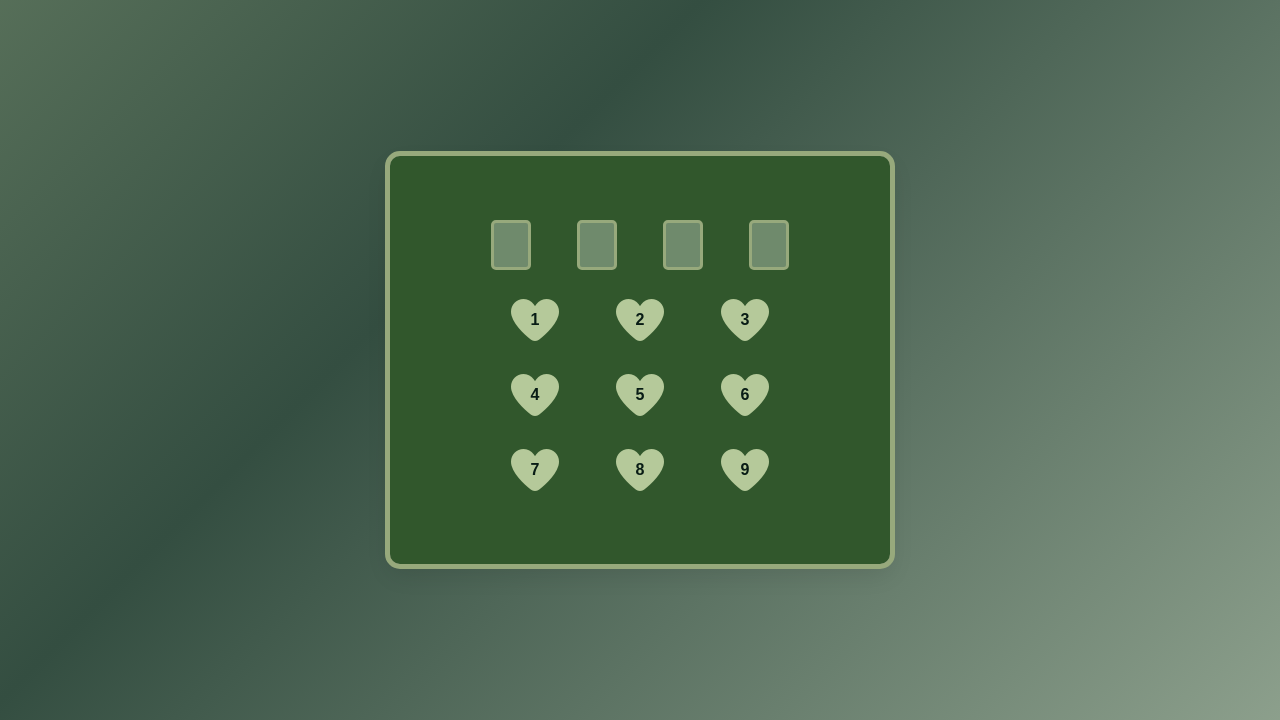
Repository: jahatesu/project-cutie
Page: index.html
These files come from the project's save history. The page is drawn as it stood at one moment and after the next save; the edit follows.
The browser window is 1280 px wide. The pictures show the whole page.
Some web libraries are served in a nearby version.

Above is the page before, as saved 2025-08-14 23:56:40.
Console error: TypeError: Cannot read properties of null (reading 'getBoundingClientRect')

### index.html
<!DOCTYPE html>
<html lang="en">
<head>
    <meta charset="UTF-8"
    meta http-equiv="X-UA-Compatible" content="IE=edge">
    <meta name="viewport" content="width=device-width, initial-scale=1.0">
    <title>idk yet</title>
    <link rel="stylesheet" href="https://cdnjs.cloudflare.com/ajax/libs/font-awesome/7.0.0/css/all.min.css">
    <link rel="stylesheet" href="style.css">
</head>

<body>
    <div class="wrapper">
        <!-- <i class="fa-solid fa-heart"></i>
        <h2 class="question">Do you wanna see why I think you’re the cutest?</h2>
        <div class="btn-group">
            <button class="btn-yes">Yes</button>
            <button class="btn-no">No</button>
        </div> -->

        <!-- PIN DISPLAY -->
         <div class="pin-display">
            <div class="pin-box"></div>
            <div class="pin-box"></div>
            <div class="pin-box"></div>
            <div class="pin-box"></div>
         </div>

         <!-- HEART BUTTONS -->
         <div class="heart-pad">
            <button data-num="1"><i class="fa-solid fa-heart"></i><span>1</span></button>
            <button data-num="2"><i class="fa-solid fa-heart"></i><span>2</span></button>
            <button data-num="3"><i class="fa-solid fa-heart"></i><span>3</span></button>
            <button data-num="4"><i class="fa-solid fa-heart"></i><span>4</span></button>
            <button data-num="5"><i class="fa-solid fa-heart"></i><span>5</span></button>
            <button data-num="6"><i class="fa-solid fa-heart"></i><span>6</span></button>
            <button data-num="7"><i class="fa-solid fa-heart"></i><span>7</span></button>
            <button data-num="8"><i class="fa-solid fa-heart"></i><span>8</span></button>
            <button data-num="9"><i class="fa-solid fa-heart"></i><span>9</span></button>

        </div>
    </div>

    <script src="script.js"></script>


</body>
</html>

### style.css
:root{
    --bg1:#e9f5db;
    --bg2:#90a955;
    --accent:#b5c99a;
    --ink:#232323;
    --splash-duration: 2600ms;
  }

*{
    margin: 0;
    padding: 0;
    box-sizing: border-box;
}

html, body {
    display: flex;
    justify-content: center;
    align-items: center;
    min-height: 100vh;
  width: 100%;
  height:100%;
}

body {
    background: linear-gradient(-45deg, #e9f5db, #344e41, #b5c99a, #081c15);
    background-size: 400% 400%;
    animation: gradient 15s ease infinite;
}

@keyframes gradient {
    0% {
        background-position: 0% 50%;
    }
    50% {
        background-position: 100% 50%;
    }
    100% {
        background-position: 0% 50%;
    }
}
.wrapper{
    position: relative;
    width: 90%;
    padding: 5%;
    max-width: 500px;
    margin: 50px 50px;
    height: fit-content;
    /* max-height: 50%; */
    background: #31572c;
    border-radius: 10px;
    display: flex;
    justify-content: center;
    align-items: center;
    box-shadow: 0 10px 25px rgba(0,0,0,0.1);
    flex-direction: column;
    text-align: center;
    outline: 5px solid #97a97c;
}

.pin-display{
  display: flex;
  justify-content: space-between;
  margin-bottom: 20px;
  width: 80%;
}

.pin-box{
  width: clamp(30px, 9vw, 40px);
  height: clamp(30px, 9vw, 50px);
  border: 3px solid #97a97c;
  border-radius: 5px;
  background: rgba(255,255,255,0.3);

   display: flex;           /* center content */
  justify-content: center; /* horizontal center */
  align-items: center;     /* vertical center */

  font-size: 1.5rem;       /* size of entered number */
  font-weight: bold;       /* make number bold */
  color: #081c15;             /* number color */
  text-align: center;      /* center text */
}

.heart-pad {
  display: grid;
  grid-template-columns: repeat(3, 1fr);
  gap: 15px;
  width: 100%;
  max-width: 300px;
  justify-items: center;
  margin: 0 auto;
}

.heart-pad button {
  position: relative;
  width: 60px;
  height: 60px;
  background: none;        /* remove default button background */
  border: none;
  cursor: pointer;
  font-size: 1rem;
  color: #081c15;
  display: flex;
  justify-content: center;
  align-items: center;
  outline: 4px solid transparent; /* outline for focus state */
  transition: outline-color 0.3s ease;
}


.heart-pad i {
  position: absolute;      /* behind the number */
  font-size: 3rem;         /* heart size */
  color: #b5c99a;          /* heart color */
  z-index: 0;
}

.heart-pad button span {
  position: relative;
  z-index: 1;              /* number above the heart */
  font-weight: bold;
}


/* .wrapper i {
  font-size: 50px;
  margin-bottom: 10px;
  color: #e9f5db;
}

i{
    font-size:7.5em;
    color: #e9f5db;
    border: 5px solid transparent;
}

h2{
    font-size: 2em;
    color: #e9f5db;
    margin: 15px 0;
}
@media (max-width: 600px) {
  .h2 {
    font-size: 1.2rem;
  }
}

.btn-group{
    width: 100%;
    height: 40px;
    display: flex;
    justify-content: center;
    margin-top: 15px;
}

button {
    position: absolute;
    width: 150px;
    height: inherit;
    font-size: 1.2em;
    color: #e9f5db;
    font-weight: 600;
    border-radius: 30px;
    border: 2px solid #4f772d;
    cursor: pointer;
    box-shadow: 0 5px 15px rgba(0,0,0,0.3);
}

button:nth-child(1){
    margin-left: -200px;
    background: #4f772d;
    color: #b5c99a;
}

button:nth-child(2){
    margin-right: -200px;
    color: #b5c99a;
}

@media (max-width: 400px) {
  .question {
    font-size: 5vw;
  }
  button {
    font-size: 4vw;
  }
} */

### script.js
const wrapper = document.querySelector(".wrapper");
const question = document.querySelector(".question");
const yesBtn = document.querySelector(".btn-yes");
const noBtn = document.querySelector(".btn-no");

const pinBoxes = document.querySelectorAll('.pin-box');
const buttons = document.querySelectorAll('.heart-pad button');
let pin = [];

buttons.forEach(btn => {
  btn.addEventListener('click', () => {
    if (pin.length < 4) {
      pin.push(btn.dataset.num);
      pinBoxes[pin.length - 1].textContent = btn.dataset.num; // show number
    }
  });
});

const wrapperRect = wrapper.getBoundingClientRect();
const noBtnRect = noBtn.getBoundingClientRect();

noBtn.addEventListener('mouseover', () => {
    const i = Math.floor(Math.random() * (wrapperRect.width - noBtnRect.width));
    const j = Math.floor(Math.random() * (wrapperRect.height - noBtnRect.height));
    noBtn.style.left = i + "px";
    noBtn.style.top = j + "px";
})

After the next save:
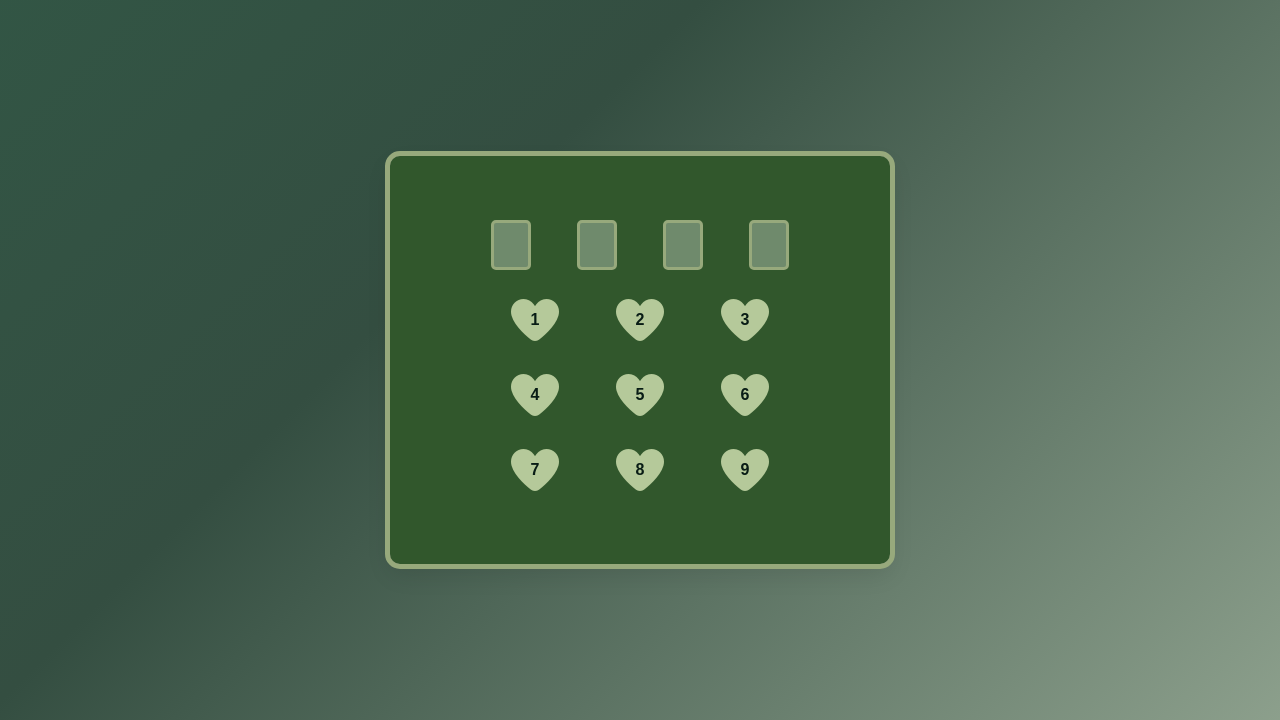
Saved 8 s later.
--- a/style.css
+++ b/style.css
@@ -22,7 +22,7 @@ html, body {
 }
 
 body {
-    background: linear-gradient(-45deg, #e9f5db, #344e41, #b5c99a, #081c15);
+    background: linear-gradient(-45deg, #e9f5db, #344e41, #2d6a4f, #081c15);
     background-size: 400% 400%;
     animation: gradient 15s ease infinite;
 }
